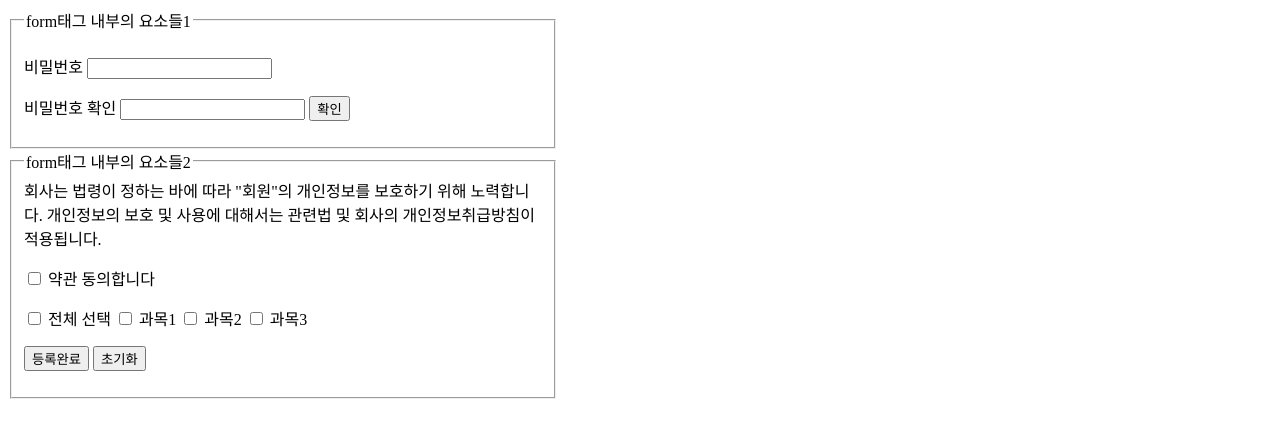
Repository: reddrinkbro/JSPStudy
Page: javascript/WebContent/4객체/dom_ob6.html
These files come from the project's save history. The page is drawn as it stood at one moment and after the next save; the edit follows.
The browser window is 1280 px wide. The pictures show the whole page.

Above is the page before, as saved 2020-04-10 03:55:54.

After the next save:
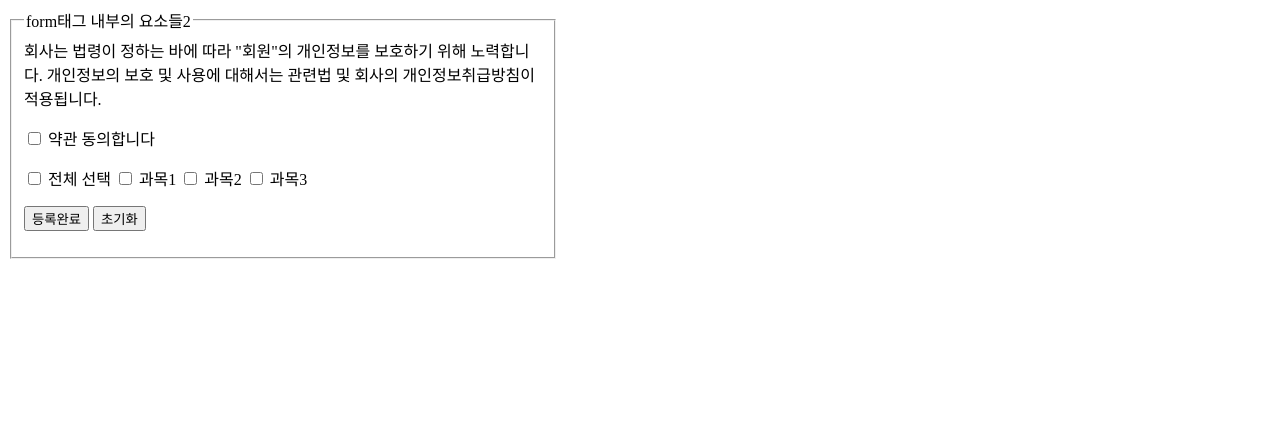
Console error: TypeError: Cannot set properties of undefined (setting 'onsubmit')
Saved 75 s later.
--- a/javascript/WebContent/4객체/dom_ob6.html
+++ b/javascript/WebContent/4객체/dom_ob6.html
@@ -11,20 +11,7 @@
 	</style>
 </head>
 <body>
-	<form action="a.jsp" name = "f1">
-		<fieldset>
-			<legend>form태그 내부의 요소들1</legend>
-			<p>
-				<label>비밀번호</label>
-				<input type ="text" id ="user_pw1" name ="user_pw1"/>
-			</p>
-			<p>
-				<label>비밀번호 확인</label>
-				<input type ="text" id = "user_pw2" name ="user_pw2"/>
-				<input type="submit" value = "확인"/>
-			</p>
-		</fieldset>
-	</form>
+
 	<form action="a.jsp" name = "f2">
 		<fieldset>
 			<legend>form태그 내부의 요소들2</legend>

After the save that followed:
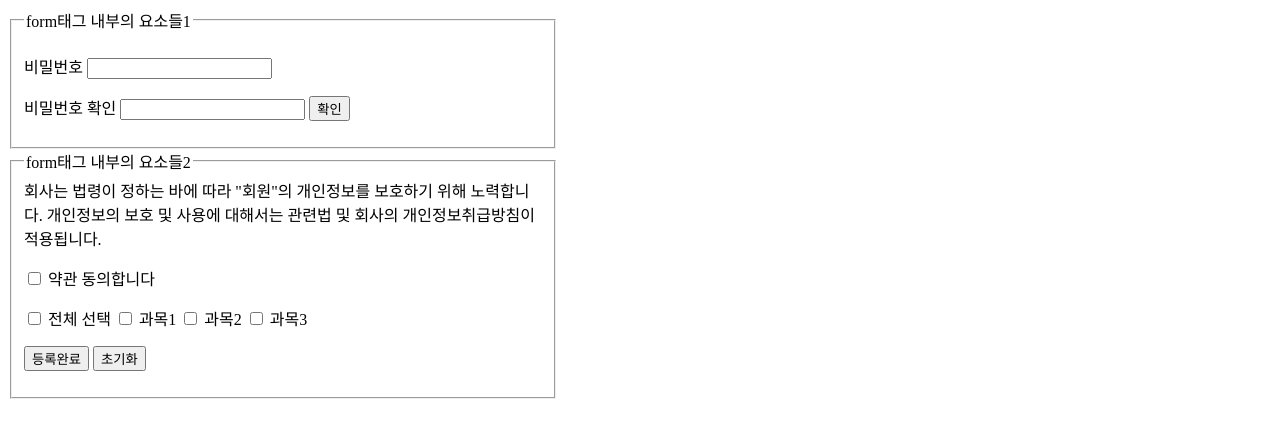
The error is gone.
Saved 7 s later.
--- a/javascript/WebContent/4객체/dom_ob6.html
+++ b/javascript/WebContent/4객체/dom_ob6.html
@@ -11,7 +11,20 @@
 	</style>
 </head>
 <body>
-
+	<form action="a.jsp" name = "f1">
+		<fieldset>
+			<legend>form태그 내부의 요소들1</legend>
+			<p>
+				<label>비밀번호</label>
+				<input type ="text" id ="user_pw1" name ="user_pw1"/>
+			</p>
+			<p>
+				<label>비밀번호 확인</label>
+				<input type ="text" id = "user_pw2" name ="user_pw2"/>
+				<input type="submit" value = "확인"/>
+			</p>
+		</fieldset>
+	</form>
 	<form action="a.jsp" name = "f2">
 		<fieldset>
 			<legend>form태그 내부의 요소들2</legend>
